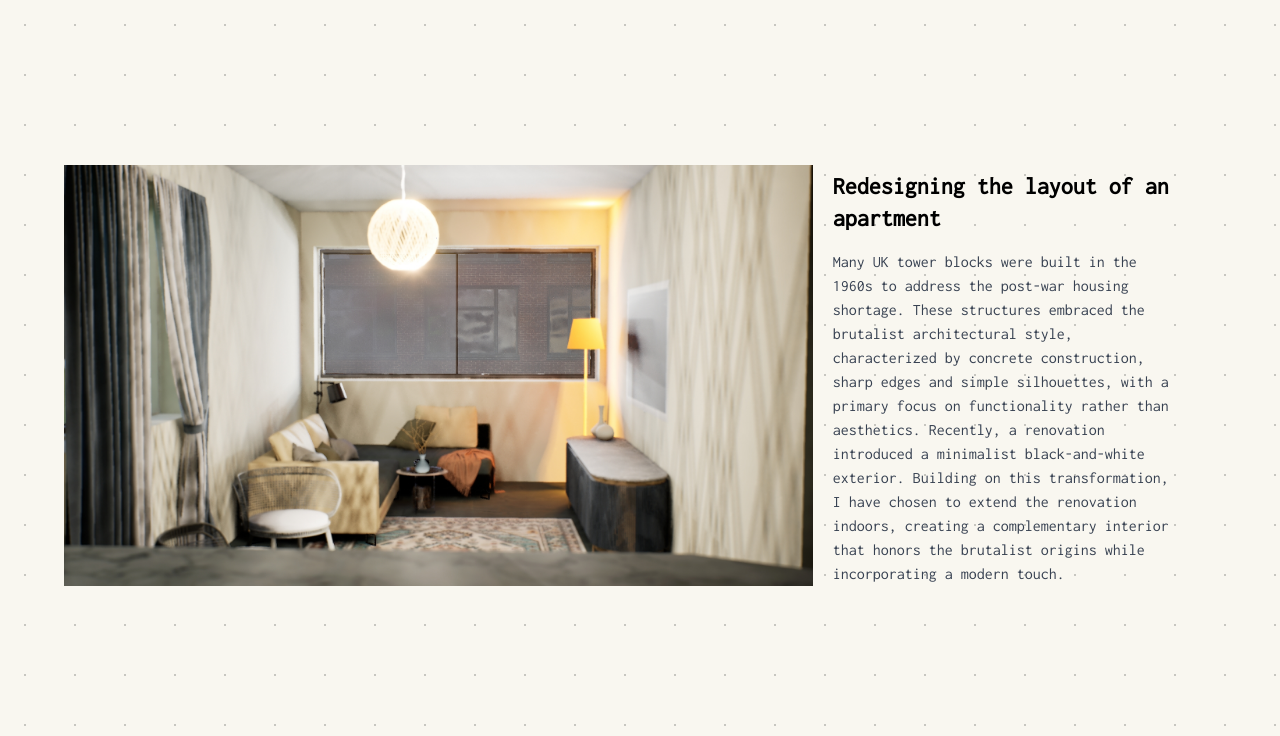
Repository: BBRRE/Portfolio-V2
Page: /#/Architecture
An editor plug-in stored every save of this project. The page is shown before and after the next save, followed by the edit.
The browser window is 1280 px wide. The pictures show the part of the page from y = 0 to 736 px (the page is 1396 px tall before and 1296 px after).
Pictures or frames that could not be fetched are drawn as grey boxes. Some web fonts or font styles are not loaded; a fallback is used. The project was rebuilt for these pictures with package versions that can differ from the ones it lists, and the page was loaded fresh each time. Also part of the build but not shown: vite.config.js, src/Subjects/CompSci.jsx, src/Subjects/EEng.jsx, src/Subjects/Other.jsx, src/Projects Overview.jsx, src/HomePage.jsx, src/ErrorBoundary.jsx.

Above is the page before, as saved 2024-11-26 21:23:24.

### index.html
<!doctype html>
<html lang="en">
  <head>
    <meta charset="UTF-8" />
    <link rel="icon" type="image/svg+xml" href="src\assets\letter-bb.svg" />
    <link href="https://fonts.googleapis.com/css2?family=Inconsolata&family=Italiana&family=Hubballi&family=Julius+Sans+One&display=swap" rel="stylesheet">
    <link rel="preconnect" href="https://fonts.googleapis.com" />
<link rel="preconnect" href="https://fonts.gstatic.com" crossorigin />
<link
  rel="stylesheet"
  href="https://fonts.googleapis.com/css2?family=Roboto:wght@300;400;500;700&display=swap"
/>
<link
  rel="stylesheet"
  href="https://fonts.googleapis.com/icon?family=Material+Icons"
/>

    <meta name="viewport" content="width=device-width, initial-scale=1.0" />
    <title>Bilaal Bare</title>
  </head>
  <body>
    <div id="root"></div>
    <script type="module" src="/src/main.jsx"></script>
  </body>
</html>

### src/main.jsx
import React from 'react'
import ReactDOM from 'react-dom/client'
import App from './App'
import ErrorBoundary from './ErrorBoundary'
import './index.css'

ReactDOM.createRoot(document.getElementById('root')).render(
  <React.StrictMode>
    <ErrorBoundary>
      <App />
    </ErrorBoundary>
  </React.StrictMode>
)

### src/App.jsx
import { HashRouter as Router, Routes, Route } from 'react-router-dom';
import Archi from './Subjects/Archi.jsx'
import CompSci from './Subjects/CompSci.jsx'
import EEng from './Subjects/EEng.jsx'
import Other from './Subjects/Other.jsx'
import { HomePage } from './HomePage'
import { useState, useEffect } from 'react'

function App() {
  useEffect(() => {
    console.log('App component mounted')
  }, [])

  return (
    <Router>
        <Routes>
          <Route path="/" element={<HomePage />} />
          <Route path="/Architecture" element={<Archi />} />
          <Route path="/Electronic-Eng" element={<EEng />} />
          <Route path="/Computer-Sci" element={<CompSci />} />
          <Route path="/Other" element={<Other />} />
        </Routes>
    </Router>
  )
}

export default App

### src/index.css
@tailwind base;
@tailwind components;
@tailwind utilities;

@layer utilities {
  .bg-dot-pattern {
    background-image: radial-gradient(circle, rgba(0, 0, 0, 0.2) 1px, transparent 1px);
    background-size: 50px 50px; /* Adjust the spacing here */
  }
}

### src/Subjects/Archi.jsx
import React, { useState, useEffect } from 'react';
import { motion } from "framer-motion";
import archi from "../assets/arch.jpg";
import old from "../assets/Old.jpg";
import newL from "../assets/New.jpg";
import render1 from "../assets/NewLevelSequence.0001.jpeg"
import render2 from "../assets/NewLevelSequence.0002.jpeg"
import render3 from "../assets/NewLevelSequence.0003.jpeg"
import render4 from "../assets/NewLevelSequence.0004.jpeg"
import render5 from "../assets/NewLevelSequence.0005.jpeg"
import kitchen from "../assets/Kitchene.PNG";
import balcony from "../assets/Balconye.PNG";
import bathroom from "../assets/Bathroome.PNG";
import logronyo from "../assets/LOGRONYO1-min.png"
import logronyo1 from "../assets/LOGRONYO1.png"
import logronyo2 from "../assets/LOGRONYO2.png"
import logronyo3 from "../assets/LOGRONYO3.png"
import logronyo4 from "../assets/LOGRONYO4.png"


const Arcchi = () => {
  const [isExpanded, setIsExpanded] = useState(false);
  const [delayedExpanded, setDelayedExpanded] = useState(false);
  const [isExpanded2, setIsExpanded2] = useState(false);
  const [delayedExpanded2, setDelayedExpanded2] = useState(false);

  useEffect(() => {
    let timer;
    if (isExpanded) {setDelayedExpanded(true)
    } else {
      timer = setTimeout(() => setDelayedExpanded(false), 1000);
    }
    return () => clearTimeout(timer);
  }, [isExpanded]);

  useEffect(() => {
    let timer;
    if (isExpanded2) {setDelayedExpanded2(true)
    } else {
      timer = setTimeout(() => setDelayedExpanded2(false), 1000);
    }
    return () => clearTimeout(timer);
  }, [isExpanded2]);

  const containerVariants = {
    hidden: {
      y: -100,
      opacity: 0
    },
    visible: {
      y: 0,
      opacity: 1,
      transition: {
        type: "spring",
        damping: 20,
        stiffness: 100,
        duration: 1
      }
    }
  };
  // Separate variants for mobile and desktop
  const imageVariants = {
    initial: {
      width: '65%',
      x: 0,
      transition: { duration: 2 }
    },
    expanded: {
      width: '100%',
      x: 0,
      transition: { duration: 2 }
    }
  };

  // Desktop-specific variants
  const desktopImageVariants = {
    initial: {
      width: '65%',
      x: 0,
      transition: { duration: 2 }
    },
    expanded: {
      width: '100%',
      x: '15%',
      transition: { duration: 2 }
    }
  };

  const textVariants = {
    initial: { opacity: 1, y: 0 },
    fading: { opacity: 0, transition: { duration: 0.5 } },
    appearing: { opacity: 1, y: '-50%', transition: { duration: 0.5 } }
  };

  return (
    <div className='bg-[#F9F7F0] bg-dot-pattern flex flex-col gap-[150px] h-auto'>
    <div className={` font-inconsolata w-full overflow-hidden mt-[50px] `}>
      <motion.div
        className="flex flex-col pt-[60px] md:pt-[100px] gap-4 md:gap-8 w-full"
        initial="hidden"
        animate="visible"
        variants={containerVariants}
      >
        <div className="flex w-full mx-auto max-w-[1200px] flex-col px-4 md:px-6">
          {/* Initial hero section */}
          <div
            className="flex flex-col md:flex-row w-full mx-auto max-w-[1200px] h-auto cursor-pointer relative z-10"
            onClick={() => setIsExpanded(!isExpanded)}
          >
            {/* Mobile Image */}

            <motion.img
              className="object-contain rounded-sm z-10 mx-auto md:hidden"
              src={render1}
              initial="initial"
              animate={isExpanded ? "expanded" : "initial"}
              variants={imageVariants}
            />

            {/* Desktop Image */}
            <motion.img
              className="hidden md:block object-contain rounded-sm z-10"
              src={render1}
              initial="initial"
              animate={isExpanded ? "expanded" : "initial"}
              variants={desktopImageVariants}
            />

            <motion.div
              className="w-full md:w-1/3 p-4 md:pl-[20px] md:pt-[20px] my-auto"
              initial="initial"
              animate={isExpanded ? "fading" : "initial"}
              variants={textVariants}
            >
              <h1 className="text-xl md:text-2xl font-semibold mb-4">Redesigning the layout of an apartment</h1>
              <p className="text-gray-700 leading-relaxed text-sm md:text-base z-10">
              Many UK tower blocks were built in the 1960s to address the post-war housing shortage. These structures embraced the brutalist architectural style, characterized by concrete construction, sharp edges and simple silhouettes,
               with a primary focus on functionality rather than aesthetics. Recently, a renovation introduced a minimalist black-and-white exterior. Building on this transformation, I have chosen to extend the renovation indoors,
                creating a complementary interior that honors the brutalist origins while incorporating a modern touch.
              </p>
            </motion.div>
          </div>

          {/* Expanded grid section */}
          <motion.div
            className={`w-full max-w-[1200px] mx-auto transition-all duration-1000 ease-in-out  ${isExpanded ? '' : 'h-96'}
              ${isExpanded ? 'opacity-100 mt-[-200px] md:mt-8' : 'opacity-0 mt-[-400px]'}
              `}
          >
            <div className={`grid grid-cols-1 md:grid-cols-2 gap-8 md:gap-16 p-4 md:p-8 justify-center `}>
              {/* Balcony Section */}
              <div className="flex flex-col space-y-4 md:space-y-6">
              <img
                  src={balcony}
                  alt="Balcony view"
                  className="w-full max-w-[400px] h-auto object-cover rounded-lg shadow-lg mx-auto"
                />
                <img
                  src={render5}
                  alt="Balcony view"
                  className="w-full max-w-[400px] h-auto object-cover rounded-lg shadow-lg mx-auto"
                />
                <div className="space-y-2 md:space-y-4 px-4 md:px-0">
                  <h2 className="text-lg md:text-xl font-semibold">Balcony Transformation</h2>
                  <p className="text-gray-700 leading-relaxed text-sm md:text-base">
                  What appeared to be a balcony was actually an awkward space connecting the main bedroom to the living room.
                   Despite not protruding from the building's facade, this area had defaulted to storage use. By removing this space,
                    I was able to expand the smaller bedrooms and provide them with direct access to exterior windows. The responsibility of storage would be removed from balcony and distrabuted accross the home
                     requiring alternative storage solutions to be disscused later.
                  </p>
                </div>
              </div>

              {/* Kitchen Section */}
              <div className="flex flex-col space-y-4 md:space-y-6 md:mt-[200px]">
                <img
                  src={kitchen}
                  alt="Balcony view"
                  className="w-full max-w-[400px] h-auto object-cover rounded-lg shadow-lg mx-auto"
                />
                <img
                  src={render2}
                  alt="Kitchen design"
                  className="w-full max-w-[400px] h-auto object-cover rounded-lg shadow-lg mx-auto"
                />
                <div className="space-y-2 md:space-y-4 px-4 md:px-0">
                  <h2 className="text-lg md:text-xl font-semibold">Modern Kitchen Design</h2>
                  <p className="text-gray-700 leading-relaxed text-sm md:text-base">
                    The kitchen was and small narrow with one small window, and despite it's size it was being used as also being used as a laundry
                    room. I decided to expand the kitchen out into the living room and incorporate a large window to not only help with ventilation but
                    to bring some natural light giving a more enjoyable cooking experience. I also removed many small storage rooms in the kitchen and repurposed
                    it into one large laundry / storage room. This alleviates some stress off the kitchen, and as the door is angled away from the kitchen you wouldn't be
                     interupted while baking. The larger laundry / storage room would act as the central storage and as each bedroom is now larger, there would be
                     space for separated storage within each room.
                  </p>
                </div>
              </div>

              {/* Bathroom Section */}
              <div className="flex flex-col space-y-4 md:space-y-6 md:my-[-300px]">
              <img
                  src={bathroom}
                  alt="Balcony view"
                  className="w-full max-w-[400px] h-auto object-cover rounded-lg shadow-lg mx-auto"
                />
                <img
                  src={render3}
                  alt="Bathroom design"
                  className="w-full max-w-[400px] h-auto object-cover rounded-lg shadow-lg mx-auto"
                />
                <div className="space-y-2 md:space-y-4 px-4 md:px-0">
                  <h2 className="text-lg md:text-xl font-semibold">Luxurious Bathroom</h2>
                  <p className="text-gray-700 leading-relaxed text-sm md:text-base">
                    The bathroom was 2 seperate small rooms, while it came with it's advantages, could be used in parralell, it also had many disadvantages, including the small size.
                     A combined washroom gives you a larger space and with the additional
                    divider it would provide the benifit of seperating the toilet from the bathroom. Within the neighberhood this tower block
                    resides, it is very common to have a pair of crocs / flip flops in the bathroom, with the new sliding doors the sandlas can remain
                    at the enterance while you both open and close the door.
                  </p>
                </div>
              </div>

              {/* Floor Plan Section */}
              <div className="flex flex-col space-y-4 md:space-y-6">
                <div className="h-auto md:h-auto bg-white rounded-lg shadow-lg p-4 md:p-6 md:mt-[450px]">
                  <h2 className="text-lg md:text-xl font-semibold mb-2 md:mb-4">Floor Plans & Technical Details</h2>
                  <p className="text-gray-700 leading-relaxed text-sm md:text-base ">
                  Built in the 1960s, this tower block features a typical construction style of its era: load-bearing exterior
                  walls and central columns, with non-load-bearing interior walls. This structural arrangement provided complete freedom
                  in redesigning the interior layout to meet modern living standards. Both the old and renovated floor plan, created in AutoCAD, is shown below.
                  </p>
                </div>
              </div>

              {/* Final Image */}
              <img
                src={old}
                className="col-span-1 md:col-span-2 mt-8 w-full max-w-[1200px] mb-[-50px] mx-auto rounded-lg shadow-lg"
                alt="New Layout"
              />
              <img
                src={newL}
                className="col-span-1 md:col-span-2 mt-8 w-full max-w-[1200px] mb-[100px] mx-auto rounded-lg shadow-lg"
                alt="New Layout"
              />
            </div>
          </motion.div>
        </div>
      </motion.div>
    </div>



    <div className={` font-inconsolata w-full overflow-hidden mt-[-100px] mb-[100px]`}>
      <motion.div
        className="flex flex-col pt-[60px] md:pt-[100px] gap-4 md:gap-8 w-full"
        initial="hidden"
        animate="visible"
        variants={containerVariants}
      >
        <div className="flex w-full mx-auto max-w-[1200px] flex-col px-4 md:px-6">
          {/* Initial hero section */}
          <div
            className="flex flex-col md:flex-row w-full mx-auto max-w-[1200px] h-[60vh] md:h-[80vh] cursor-pointer relative z-10"
            onClick={() => setIsExpanded2(!isExpanded2)}
          >
            {/* Mobile Image */}

            <motion.img
              className="object-contain rounded-sm z-10 mx-auto md:hidden"
              src={logronyo}
              initial="initial"
              animate={isExpanded2 ? "expanded" : "initial"}
              variants={imageVariants}
            />

            {/* Desktop Image */}
            <motion.img
              className="hidden md:block object-contain rounded-sm z-10"
              src={logronyo}
              initial="initial"
              animate={isExpanded2 ? "expanded" : "initial"}
              variants={desktopImageVariants}
            />

            <motion.div
              className="w-full md:w-1/3 p-4 md:pl-[20px] md:pt-[20px] my-auto"
              initial="initial"
              animate={isExpanded2 ? "fading" : "initial"}
              variants={textVariants}
            >
              <h1 className="text-xl md:text-2xl font-semibold mb-4">Designing a climate island in Logronyo.</h1>
              <p className="text-gray-700 leading-relaxed text-sm md:text-base z-10">
              Entry to a compititon ran by Concéntrico for an urban climate island. The entries are evaluted on sustainability, feasibility, versatility and integration
              into the architectural and urban enviroment. I have designed this entry to take inspiration from the geodesic design of the neighbouring train and bus station and the tessellated design of Parque Felipe VI park
               in which it resides. The climbing plants provide shade, modular seating elemts provide both social and individual rest spots, planters integrated into the base of the structure and green areas.
              </p>
            </motion.div>
          </div>

          {/* Expanded grid section */}
          <motion.div
            className={`w-full max-w-[1200px] mx-auto transition-all duration-1000 ease-in-out ${isExpanded2 ? '' : 'h-96'}
              ${isExpanded2 ? 'opacity-100 mt-[-200px] md:mt-8' : 'opacity-0 mt-[-400px]'}
              `}
          >
            <div className="flex flex-col md:grid md:grid-cols-2 gap-8 md:gap-16 p-4 md:p-8 justify-center">

                <img
                  src={logronyo2}
                  alt="Balcony view"
                  className="w-full max-w-[600px] h-auto object-cover rounded-lg shadow-lg mx-auto"
                />
                <img
                  src={logronyo3}
                  alt="Balcony view"
                  className="w-full max-w-[600px] h-auto object-cover rounded-lg shadow-lg mx-auto"
                />
              <img
                  src={logronyo4}
                  alt="Balcony view"
                  className="w-full max-w-[1200px] h-auto object-cover rounded-lg shadow-lg mx-auto col-span-2"
                />
                <img
                  src={logronyo1}
                  alt="Bathroom design"
                  className="w-full max-w-[800px] h-auto object-cover rounded-lg shadow-lg mx-aut col-span-2 mx-auto"
                />
            </div>
          </motion.div>
        </div>
      </motion.div>
    </div>
    </div>
  );
};

export default Arcchi;

### tailwind.config.js
/** @type {import('tailwindcss').Config} */
export default {
    darkMode: ["class"],
    content: ["index.css",
  "./src/**/*.{js,ts,jsx,tsx}",],
  theme: {
  	extend: {
  		backgroundImage: {
  			noise: "url('/src/assets/nnnoise.svg')",
  			undulate: "url('/src/assets/uuundulate.svg')"
  		},
  		fontFamily: {
  			inconsolata: ['Inconsolata', 'monospace'],
  			italiana: ['Italiana', 'serif'],
  			hubballi: ['Hubballi', 'cursive'],
  			julius: ['Julius Sans One"', 'sans-serif']
  		},
      keyframes: {
        fadeIn: {
          '0%': { opacity: '0' },
          '100%': { opacity: '1' },
        },
      }
  	}
  }
}

After the next save:
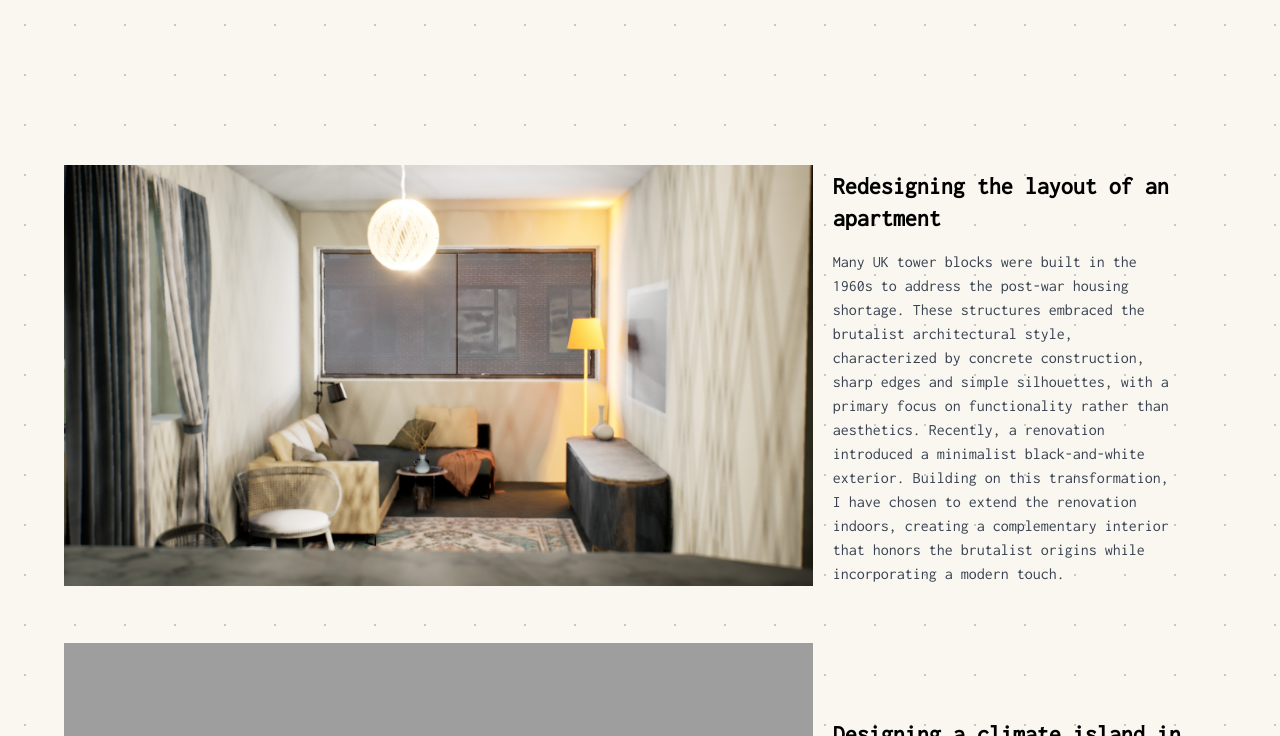
Saved 7 s later.
--- a/src/Subjects/Archi.jsx
+++ b/src/Subjects/Archi.jsx
@@ -93,7 +93,7 @@ const Arcchi = () => {
   };
 
   return (
-    <div className='bg-[#F9F7F0] bg-dot-pattern flex flex-col gap-[150px] h-auto'>
+    <div className='bg-[#F9F7F0] bg-dot-pattern flex flex-col gap-[50px] h-auto'>
     <div className={` font-inconsolata w-full overflow-hidden mt-[50px] `}>
       <motion.div
         className="flex flex-col pt-[60px] md:pt-[100px] gap-4 md:gap-8 w-full"
